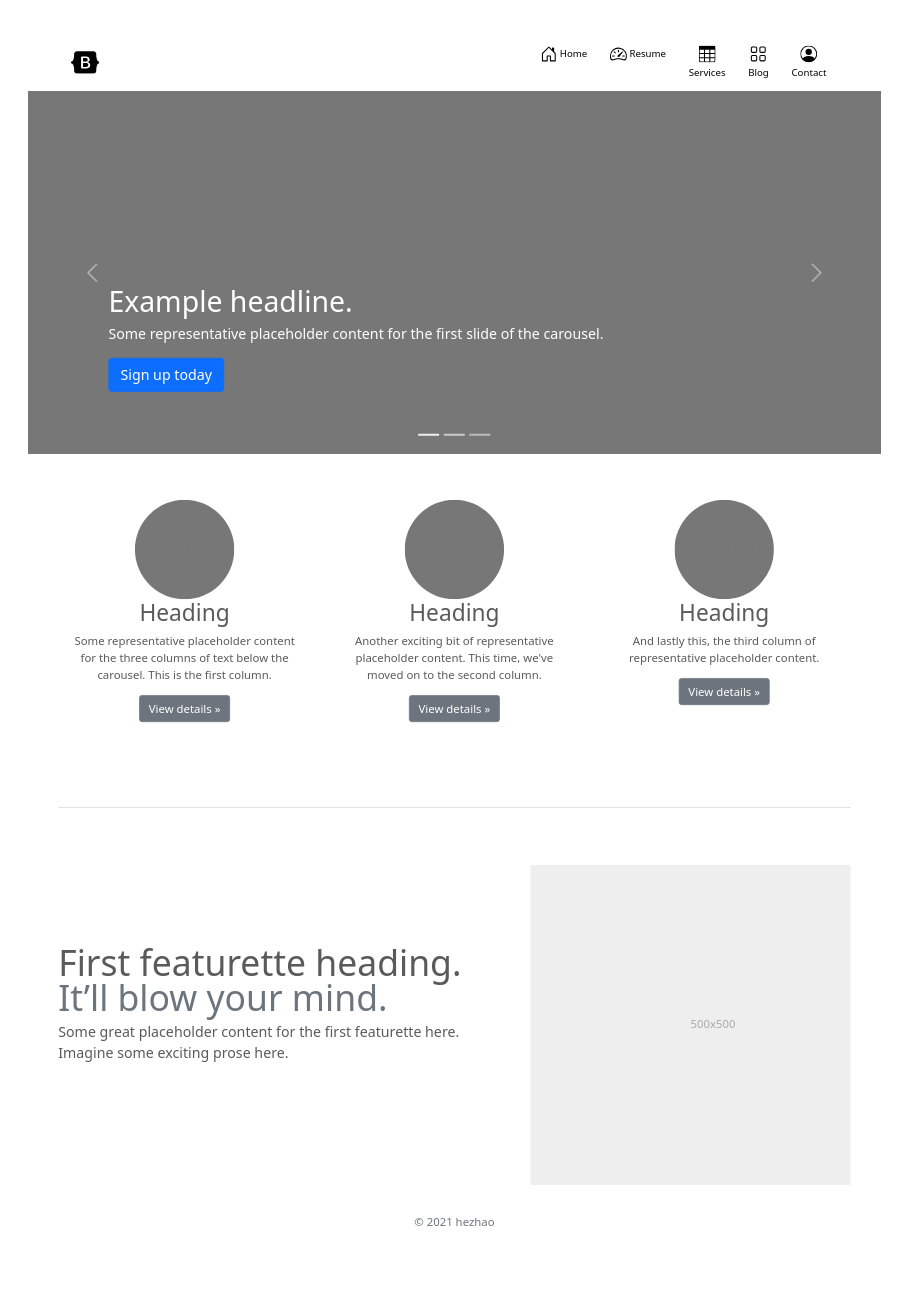
Repository: HeZhao-hugh/personal-web
Page: index.html
The author's editor kept a copy of each file at every save. The page is drawn from the files as they stood at one save, then again after the next save.
The browser window is 1280 px wide. The pictures show the whole page, at 71% of full size.

Above is the page before, as saved 2022-01-19 21:12:33.

After the next save:
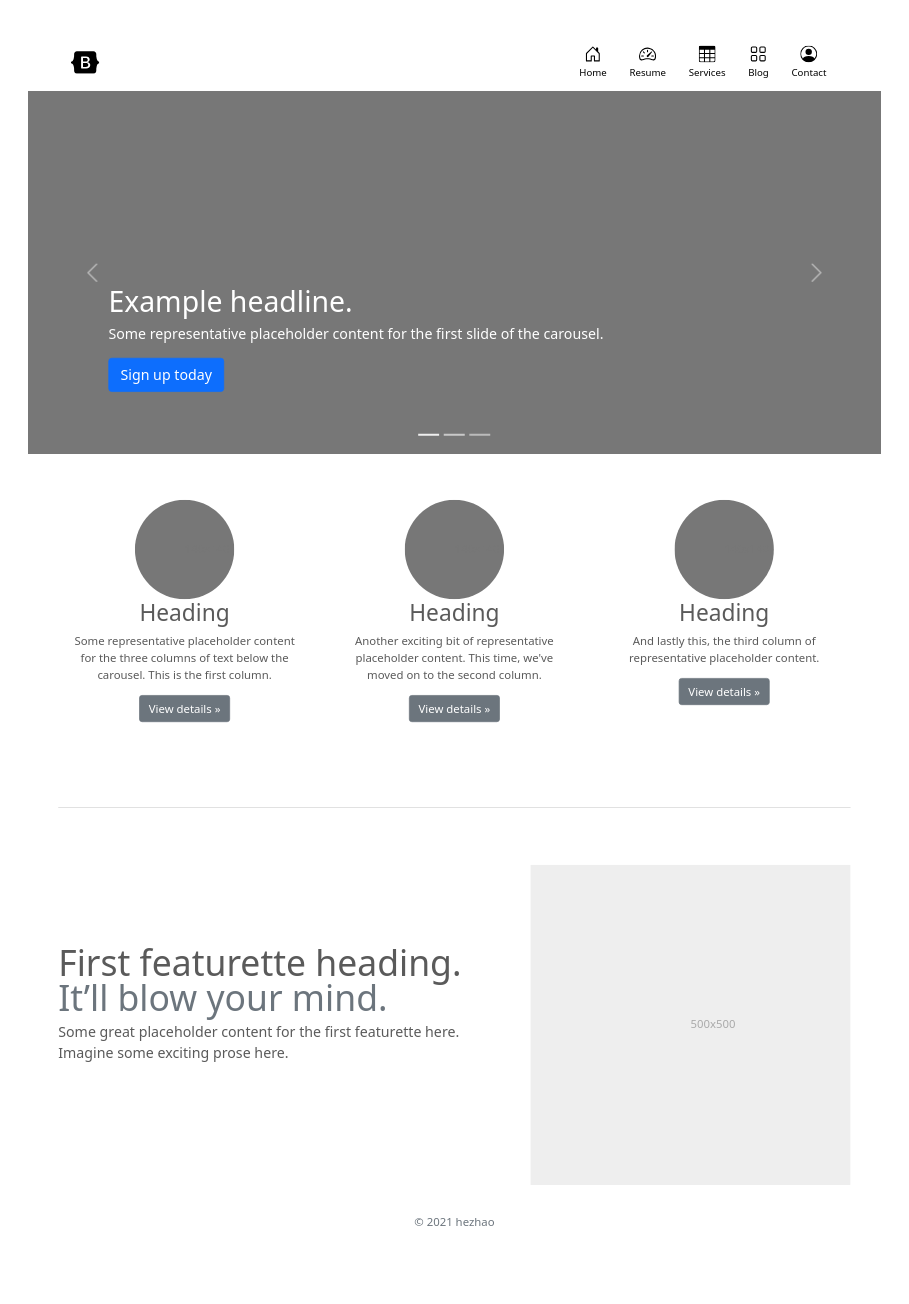
Saved 31 s later.
--- a/index.html
+++ b/index.html
@@ -70,16 +70,14 @@
                         <ul class="nav col-12 col-lg-auto my-2 justify-content-center my-md-0 text-small">
                             <li href="HOME" class="navbar-item">
                                 <a href="HOME" class="nav-link text-black">
-                                    <svg href="HOME" class="navbar-item" class="bi d-block mx-auto mb-1" width="24"
-                                        height="24">
+                                    <svg class="bi d-block mx-auto mb-1" width="24" height="24">
                                         <use href="#Home" /></svg>
                                     Home
                                 </a>
                             </li>
                             <li href="RESUME" class="navbar-item">
                                 <a href="RESUME" class="nav-link text-black">
-                                    <svg href="RESUME" class="navbar-item" class="bi d-block mx-auto mb-1" width="24"
-                                        height="24">
+                                    <svg class="bi d-block mx-auto mb-1" width="24" height="24">
                                         <use href="#Resume" /></svg>
                                     Resume
                                 </a>
